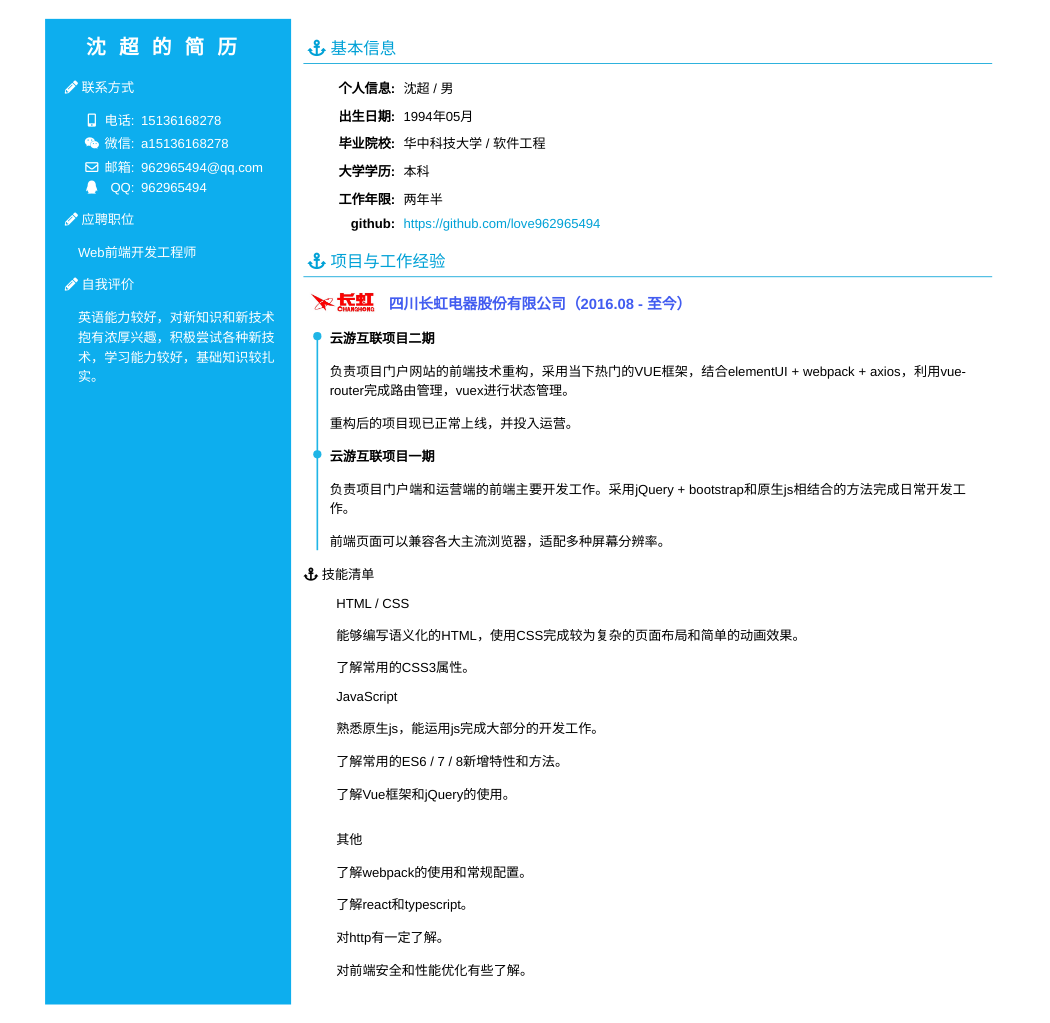
Repository: love962965494/my-resume
Page: index.html
An editor plug-in stored every save of this project. The page is shown before and after the next save, followed by the edit.
The browser window is 1280 px wide. The pictures show the whole page, at 82% of full size.
Some web libraries are served in a nearby version. The style sheet was rebuilt from its Sass, Less or Tailwind sources for each picture, by a compiler version that may differ from the author's.

Above is the page before, as saved 2018-09-02 18:36:56.

### index.html
<!DOCTYPE html>
<html lang="en">

<head>
  <meta charset="UTF-8">
  <meta name="viewport" content="width=device-width, initial-scale=1.0">
  <meta http-equiv="X-UA-Compatible" content="ie=edge">
  <title>沈超的简历</title>
  <link rel="stylesheet" href="https://use.fontawesome.com/releases/v5.0.10/css/all.css" integrity="sha384-+d0P83n9kaQMCwj8F4RJB66tzIwOKmrdb46+porD/OvrJ+37WqIM7UoBtwHO6Nlg"
    crossorigin="anonymous">
  <link rel="stylesheet" href="./styles/myResume.css">
</head>

<body>
  <div id="container" class="container">
    <!-- 左边栏 -->
    <aside class="content__left">
      <!-- 头像区域 -->
      <div class="content__left--title">
        <h1>沈超的简历</h1>
      </div>

      <!-- 联系方式区域 -->
      <div class="content__left--contact">
        <div class="title">
          <i class="fas fa-pencil-alt"></i>
          <span>联系方式</span>
        </div>
        <ul class="list">
          <li>
            <span>
              <i class="fas fa-mobile-alt"></i>
            </span>
            <span>电话:</span>
            <span>15136168278</span>
          </li>
          <li>
            <span>
              <i class="fab fa-weixin"></i>
            </span>
            <span>微信:</span>
            <span>a15136168278</span>
          </li>
          <li>
            <span>
              <i class="far fa-envelope"></i>
            </span>
            <span>邮箱:</span>
            <span>962965494@qq.com</span>
          </li>
          <li>
            <span>
              <i class="fab fa-qq"></i>
            </span>
            <span>QQ:</span>
            <span>962965494</span>
          </li>
        </ul>
      </div>

      <!-- 应聘职位区域 -->
      <div class="content__left--application">
        <span class="title">
          <i class="fas fa-pencil-alt"></i>
          <span>应聘职位</span>
        </span>
        <p class="job">Web前端开发工程师</p>
      </div>

      <!-- 个人评价区域 -->
      <div class="content__left--evaluation">
        <span class="title">
          <i class="fas fa-pencil-alt"></i>
          <span>自我评价</span>
        </span>
        <p class="evaluate">英语能力较好，对新知识和新技术抱有浓厚兴趣，积极尝试各种新技术，学习能力较好，基础知识较扎实。</p>
      </div>
    </aside>

    <!-- 右边栏 -->
    <div class="content__right">
      <!-- 基本信息 -->
      <div class="content__right--basic">
        <div class="header">
          <i class="fas fa-anchor"></i>
          <span>基本信息</span>
        </div>
        <ul class="list">
          <li>
            <span>个人信息:</span>
            <span>沈超 / 男</span>
          </li>
          <li>
            <span>出生日期:</span>
            <span>1994年05月</span>
          </li>
          <li>
            <span>毕业院校:</span>
            <span>华中科技大学 / 软件工程</span>
          </li>
          <li>
            <span>大学学历:</span>
            <span>本科</span>
          </li>
          <li>
            <span>工作年限:</span>
            <span>两年半</span>
          </li>
          <li>
            <span>github:</span>
            <span><a href="https://github.com/love962965494" target="_blank">https://github.com/love962965494</a></span>
          </li>
        </ul>
      </div>

      <!-- 项目经验 -->
      <div class="content__right--experience">
        <div class="header">
          <i class="fas fa-anchor"></i>
          <span>项目与工作经验</span>
        </div>
        <ul class="list">
          <li>
            <div class="company">
              <img src="./image/changhong.jpg" alt="长虹Logo">
              <span>四川长虹电器股份有限公司（2016.08 - 至今）</span>
            </div>
            <ul class="work-experience-list">
              <li class="work__item">
                <div class="work__item--name">云游互联项目二期</div>
                <div class="work__item--info">
                  <p>负责项目门户网站的前端技术重构，采用当下热门的VUE框架，结合elementUI + webpack + axios，利用vue-router完成路由管理，vuex进行状态管理。</p>
                  <p>重构后的项目现已正常上线，并投入运营。</p>
                </div>
                <div class="work__item--picture"></div>
              </li>
              <li class="work__item">
                <div class="work__item--name">云游互联项目一期</div>
                <div class="work__item--info">
                  <p>负责项目门户端和运营端的前端主要开发工作。采用jQuery + bootstrap和原生js相结合的方法完成日常开发工作。</p>
                  <p>前端页面可以兼容各大主流浏览器，适配多种屏幕分辨率。</p>
                </div>
                <div class="work__item--picture"></div>
              </li>
            </ul>
          </li>
        </ul>
      </div>

      <!-- 技能清单 -->
      <div class="skill-info info">
        <div class="header">
          <i class="fas fa-anchor"></i>
          <span>技能清单</span>
        </div>
        <div class="content">
          <ul class="skill-list">
            <li>
              <div class="skill-name circle">HTML / CSS</div>
              <div class="skill-info">
                <p>能够编写语义化的HTML，使用CSS完成较为复杂的页面布局和简单的动画效果。</p>
                <p>了解常用的CSS3属性。</p>
              </div>
            </li>
            <li>
              <div class="skill-name circle">JavaScript</div>
              <div class="skill-info">
                <p>熟悉原生js，能运用js完成大部分的开发工作。</p>
                <p>了解常用的ES6 / 7 / 8新增特性和方法。</p>
                <p>了解Vue框架和jQuery的使用。</p>
              </div>
            </li>
            <li style="border-top: 15px solid transparent;">
              <div class="skill-name circle">其他</div>
              <div class="skill-info">
                <p>了解webpack的使用和常规配置。</p>
                <p>了解react和typescript。</p>
                <p>对http有一定了解。</p>
                <p>对前端安全和性能优化有些了解。</p>
              </div>
            </li>
          </ul>
        </div>
      </div>
    </div>
  </div>
</body>

</html>

### styles/myResume.scss
@mixin text-center {
  text-align: center;
}

@mixin row {
  grid-column: 1 / span 12;
}

@media (min-width: 992px) {
  .container {
    width: 970px;
  }
}

@media (min-width: 1200px) {
  .container {
    width: 1170px;
  }
}

html {
  font-size: 16px;
}

a,
a:hover,
a:visited {
  color: #00A1D6;
  text-decoration: none;
}

ul {
  list-style: none;
}

.container {
  display: grid;
  grid-template-columns: minmax(200px, 300px) 1fr;
  padding: 15px;
  margin: auto;
  font-family: "Helvetica Neue", Helvetica, "PingFang SC", "Hiragino Sans GB", "Microsoft YaHei", "微软雅黑", Arial, sans-serif;
}

/* ----------------------------- 左边栏 ----------------------------- */
.content__left {
  display: grid;
  grid-template-columns: repeat(12, 1fr);
  grid-template-rows: repeat(4, min-content);
  background-color: #0daeee;
  color: #fff;
  &--title {
    @include row;
    @include text-center;
    margin: 15px 0 20px;
    &>h1 {
      margin: 0;
      white-space: nowrap;
      letter-spacing: 1rem;
    }
  }
  @mixin title {
    padding-left: 1.5rem;
  }
  &--contact {
    @include row();
    &>.title {
      @include title;
    }
    &>.list {
      &>li {
        display: grid;
        grid-template-columns: 1.5rem 3rem 1fr;
        align-items: baseline;
        margin: 5px;
        &>span:nth-of-type(1) {
          text-align: center;
        }
        &>span:nth-of-type(2) {
          text-align: right;
          padding-right: .5rem;
        }
      }
    }
  }
  &--application {
    @include row();
    &>.title {
      @include title;
    }
    &>.job {
      padding-left: 40px;
    }
  }
  &--evaluation {
    @include row();
    &>.title {
      @include title;
    }
    &>.evaluate {
      padding-left: 40px;
      padding-right: 1rem;
    }
  }
}

/* ----------------------------- 右边栏 ----------------------------- */
.content__right {
  padding: 15px;
  @mixin header {
    padding: 5px;
    border-bottom: 1px solid currentColor;
    color: #00A1D6;
    font-size: 20px;
  }
  &--basic {
    &>.header {
      @include header;
    }
    &>.list {
      padding: 0;
      &>li {
        margin: 10px 2rem;
        display: grid;
        grid-template-columns: 5rem 1fr;
        grid-column-gap: 10px;
        &>span:nth-of-type(1) {
          font-weight: 600;
          text-align: right;
          white-space: nowrap;
        }
      }
    }
  }
  &--experience {
    &>.header {
      @include header;
    }

    & > .list {
      padding: 0;

      & > li {
        margin: 10px 2rem;
        & > .company {
          display: flex;
          margin-bottom: 15px;
          align-items: center;
          img {
            width: 80px;
            margin-right: 1rem;
            margin-left: -1.5rem;
          }

          span {
            color: #425cf0;
            font-weight: 600;
            font-size: 18px;
            white-space: nowrap;
          }
        }

        & > .work-experience-list {
          padding: 0;
          position: relative;

          &::before {
            content: '';
            position: absolute;
            height: calc(100% - 10px);
            margin-left: -1rem;
            margin-top: 10px;
            border-left: 2px solid #1fb5e6;
          }

          .work__item {
            &--name {
              font-weight: 600;

              &::before {
                content: '';
                position: absolute;
                width: 10px;
                height: 10px;
                margin-left: calc(-4px - 1rem);
                margin-top: .4rem;
                border-radius: 50%;
                background: #1fb5e6;
              }
            }

            &--info {
              & > p {
                text-align: justify;
              }
            }
          }
        }
      }
    }
  }
}

After the next save:
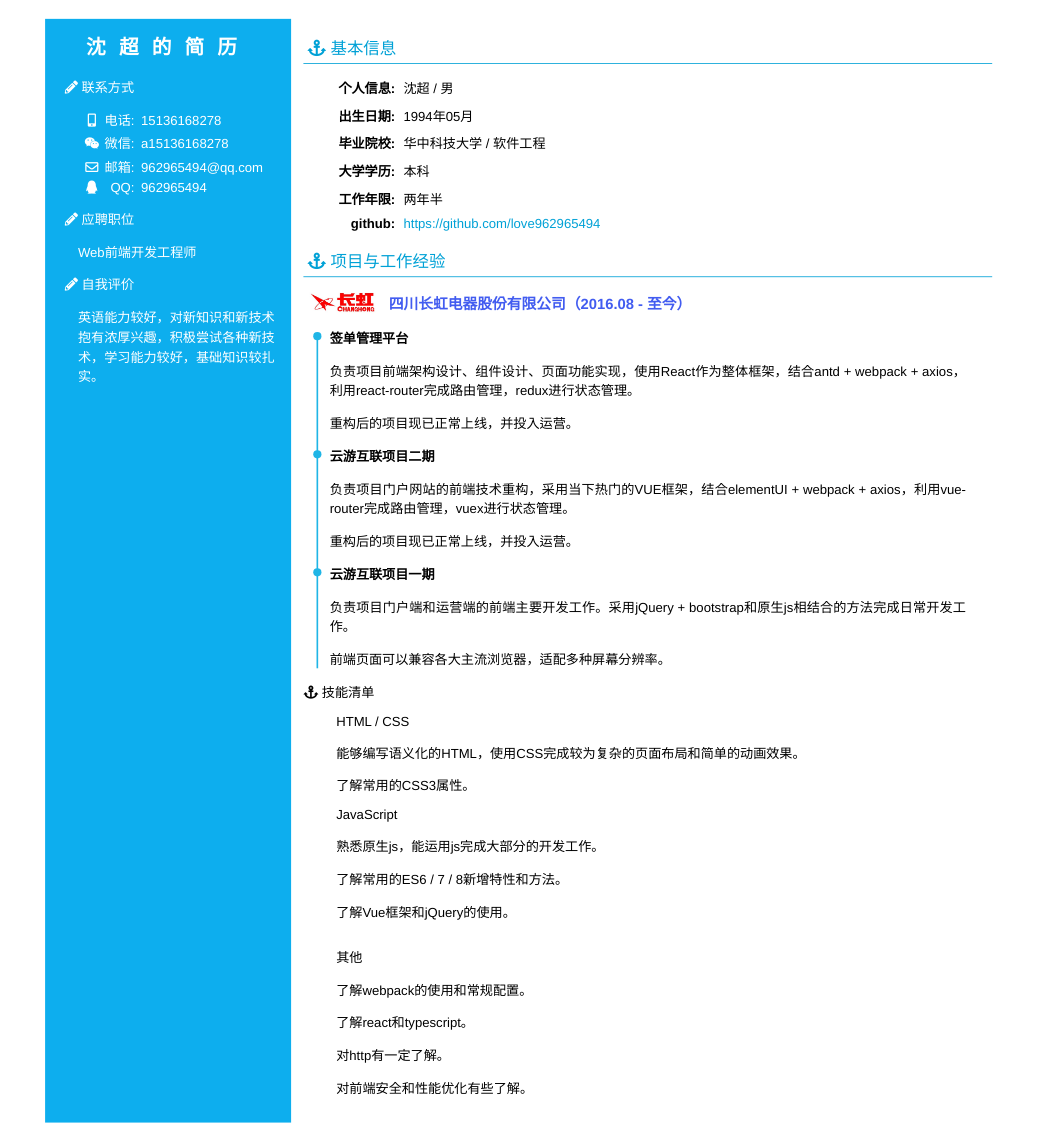
Saved 4 min 4 s later.
--- a/index.html
+++ b/index.html
@@ -127,6 +127,14 @@
             </div>
             <ul class="work-experience-list">
               <li class="work__item">
+                <div class="work__item--name">签单管理平台</div>
+                <div class="work__item--info">
+                  <p>负责项目前端架构设计、组件设计、页面功能实现，使用React作为整体框架，结合antd + webpack + axios，利用react-router完成路由管理，redux进行状态管理。</p>
+                  <p>重构后的项目现已正常上线，并投入运营。</p>
+                </div>
+                <div class="work__item--picture"></div>
+              </li>
+              <li class="work__item">
                 <div class="work__item--name">云游互联项目二期</div>
                 <div class="work__item--info">
                   <p>负责项目门户网站的前端技术重构，采用当下热门的VUE框架，结合elementUI + webpack + axios，利用vue-router完成路由管理，vuex进行状态管理。</p>
